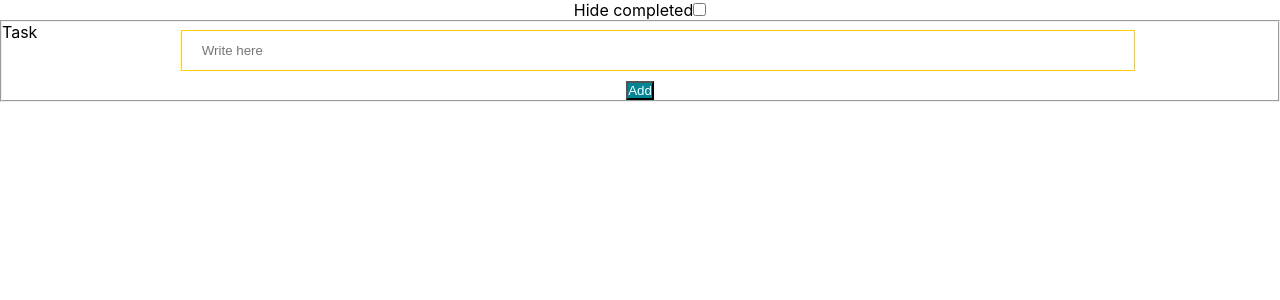
Repository: ArusyakAghajanyan/ToDoMamble
Page: /
An editor plug-in stored every save of this project. The page is shown before and after a run of saves, followed by the edit.
The browser window is 1280 px wide. The pictures show the whole page.
The project was rebuilt for these pictures with package versions that can differ from the ones it lists, and the page was loaded fresh each time. Also part of the build but not shown: src/components/ToDoItem.jsx, src/components/confirm.css, src/components/Confirm.jsx.

Above is the page before, as saved 2022-05-23 00:24:26.

### src/App.js

import './App.css';
import AddItem from './components/AddItem';
import ToDoList from './components/ToDoList';
import Confirm from './components/Confirm';
import {useState,useEffect} from 'react'


function App() {
  const [todo, setTodo]=useState([]);
  const [filteredTodo,setFilteredTodo]=useState([]);
  const [modal, setModal] = useState(false);
const [confirmStatus, setConfirmStatus] = useState(false);
  const [deleteItem, setDeletItem] = useState({});

  function modalStatus(status, item){
    console.log(status, item);
    setModal(status);
    setDeletItem(item);

  }
  function confirmDelete(status){
    console.log("deletestatus=", status);
    if(status === "no") {
      setConfirmStatus(false);
      setModal(false);
    }else if (status === "yes"){
      setConfirmStatus(true);
      setModal(false)
    }
  }
  function filter(check){
    if(check){
      setFilteredTodo(todo.filter(td => td.isCompleted))
    }else{
      setFilteredTodo([]);
    }
  }

  useEffect(()=>{
    console.log("confirmStatus=", confirmStatus);
    if(confirmStatus){
      setTodo(todo.filter(value => value.id !== deleteItem.id));
      setDeletItem({});
    }
    setConfirmStatus(false);
      console.log(modal);

  },[confirmStatus])

useEffect(() => {
  let todos;
  let storageData = localStorage.getItem("todos");
  if(storageData !== "undefined"){
    todos = JSON.parse(storageData);
  }
  if(todos) setTodo(todos);
}, [])

useEffect(() => {
 if(todo.length > 0) localStorage.setItem("todos",JSON.stringify(todo))

}, [todo])

  return (
    <div className="App">
      <label htmlFor="filter">
      Hide completed
      <input id="filter" type="checkbox" onChange={(e)=>{
      filter(e.target.checked)
      }} />
      </label>
      <AddItem onAdd={(text)=>{
        setTodo([{
          id:Math.random(),
          text:text,
          isCompleted:false
        },...todo])
      }}/>
      <ToDoList
      todo={filteredTodo.length > 0 ? todo.filter(td => !td.isCompleted):todo}
      modalStatus={modalStatus}
      onChange={(newItem)=>{
      setTodo(todo.map(td=>{
        if(td.id==newItem.id){
          return newItem
        }
        return td
      }))
      }}
      />
       { modal && <Confirm confirmDelete={confirmDelete} modalStatus={modalStatus}/>}
    </div>
  );
}

export default App;

### src/components/AddItem.jsx
import {React, useState, useEffect, useRef} from 'react'
import './addItem.css'

export default function AddItem({onAdd}) {
    const [text, setText] = useState("");
    const[errorMes,setErrorMes] = useState("");
    const inputText = useRef(0);
    let validText = "";
    useEffect(() => {
        inputText.current.addEventListener("keyup",(e)=>{
            let id=setTimeout(()=>{
            validText = e.target.value;
            if(validText.length >= 54 ){
             setErrorMes("Task content can contain max 54 characters.")
            } else {
                setErrorMes("");
                setText(validText);
            }
            },1000);
            return () => clearTimeout(id)
        })
    }, [text])

    return (

      <form className="formTask" onSubmit={(e)=>{
          e.preventDefault();
          if(errorMes==="" && text !=="") onAdd(text);
          if(errorMes==="") setText("");
      }}>
            <fieldset>
          <p>
            <label className="taskLabel" htmlFor="inputText"> Task
            </label>

            <input id="inputText" type="text" ref= {inputText} value={text} placeholder="Write here"
            onChange={(e)=>{
            setText(e.target.value)
            }}/>
            <p>{errorMes}</p>
            </p>
            <button className="addbut">Add</button>
            </fieldset>

         </form>

    )
}

### src/components/ToDoList.jsx
import React from 'react';
import ToDoItem from './ToDoItem'

export default function ToDoList({todo,modalStatus,onChange}) {
    return (
        <div>
           {todo ? todo.map(item=>{
               return (
<ToDoItem
key={item.id}
item = {item}
modalStatus={modalStatus}
onChange={onChange}
/>

               )
           }):
            <>
            <p>your life is a blank page. You write on it.</p>
            <p>So start by adding your tasks here.</p>
            </>
        }
        </div>
    )
}

### src/components/addItem.css
*{
    margin: 0;
    padding: 0;
    box-sizing: border-box;
}
.addbut{
    background-color: #008594;
    color: #FFFFFF;
}
#inputText{
    position: center;
    width: 954px;
    padding: 12px 20px;
    margin: 8px 0;
    border: 1px solid #FFCD04;

}
#inputText:hover{
    border: 1px solid rgb(90, 10, 90)
}
.taskLabel{

    float: left;

}
.formTask{

}

### src/components/toDoItem.css
*{
   margin: 0;
   padding: 0;
   box-sizing: border-box;
}

Loaded but not shown: public/index.html (common file); src/index.js (common file); src/index.css (common file); src/reportWebVitals.js (common file); src/App.css (common file)

After the next 2 saves:
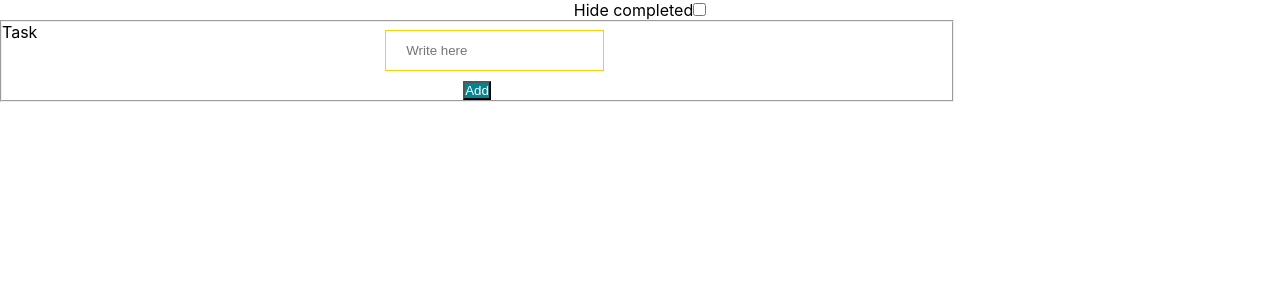
The 2 saves are shown as one change because they came seconds apart.
The last was saved 7 s later.
--- a/src/components/addItem.css
+++ b/src/components/addItem.css
@@ -9,7 +9,7 @@
 }
 #inputText{
     position: center;
-    width: 954px;
+
     padding: 12px 20px;
     margin: 8px 0;
     border: 1px solid #FFCD04;
@@ -24,5 +24,5 @@
 
 }
 .formTask{
-
+    width: 954px;
 }
